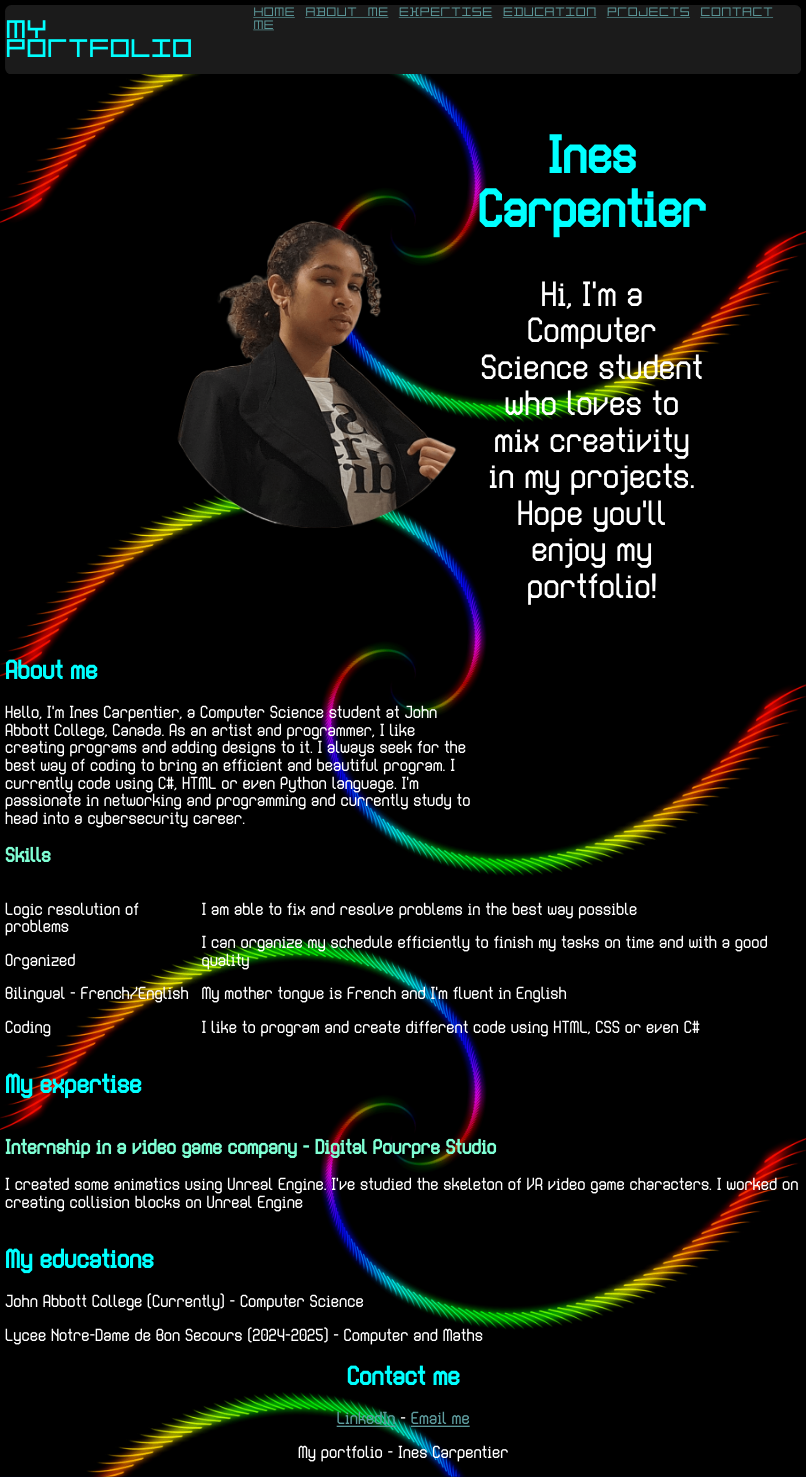
Repository: InsCarp/InsCarp
Page: index.html
The author's editor kept a copy of each file at every save. The page is drawn from the files as they stood at one save, then again after the next save.
The browser window is 1280 px wide. The pictures show the whole page, at 63% of full size.
Backgrounds fixed to the window are drawn as part of the page.

Above is the page before, as saved 2026-05-12 09:25:25.

### index.html
<!DOCTYPE html>
<html lang="en">
<head>
    <meta charset="UTF-8">
    <meta name="viewport" content="width=device-width, initial-scale=1.0">
    <link rel="icon" href="/assets/images/Logo.svg" type="image/svg" />
    <link rel="stylesheet" href="/styles/globals.css" type="text/css"/>
    <link rel="stylesheet" href="/styles/index.css" type="text/css"/>

    <title>Portfolio - Ines Carpentier</title>
</head>
<header>
    <article>
     <h1 id="Title">My portfolio</h1>
    </article>
    <article>
        <nav>
        <a href="index.html">Home</a>
        <a href="#About">About me</a>
        <a href="#Expertise">Expertise</a>
        <a href="#Education">Education</a>
        <a href="project.html">Projects</a> <!--Put my project page here-->
        <a href="#Contact">Contact me</a>
        </nav>
    </article>

</header>
<body>
    <div class="Intro">
        <article>
            <img
               src="/assets/images/me.png" id="Me" alt="My image"/>
        </article>
        <article id="intro">
            <h2>Ines Carpentier</h2>
            <p>Hi, I'm a Computer Science student who loves to mix creativity in my projects.
                Hope you'll enjoy my portfolio!</p>
        </article>
    </div>

        <h2 id="About">About me</h2>
        <div class="about">
            <p>Hello, I'm Ines Carpentier, a Computer Science student at John Abbott College, Canada. As an artist and programmer, I like creating programs and adding designs to it. I always seek for the
             best way of coding to bring an efficient and beautiful program. I currently code using C#, HTML or even Python language. I'm passionate in networking and programming and currently study to head into a cybersecurity career.
            </p>
        </div>
        <h3>Skills</h3>
        <section class="Skills">
            <article>
            <p>Logic resolution of problems</p>
            <p>Organized</p>
            <p>Bilingual - French/English</p>
            <p>Coding</p>
        </article>
        <article>
            <p>I am able to fix and resolve problems in the best way possible</p>
            <p>I can organize my schedule efficiently to finish my tasks on time and with a good quality</p>
            <p>My mother tongue is French and I'm fluent in English</p>
            <P>I like to program and create different code using HTML, CSS or even C#</P>
        </article>
        </section>


        <h2 id="Expertise">My expertise</h2>
        <section>
            <article>
            <h3>Internship in a video game company - Digital Pourpre Studio</h3>
            <p>I created some animatics using Unreal Engine. I've studied the skeleton of VR video game characters. I worked on creating collision blocks on Unreal Engine</p>
        </article>
        </section>


        <h2 id="Education">My educations</h2>
        <p>John Abbott College (Currently) - Computer Science
        </p>
        <p>Lycee Notre-Dame de Bon Secours (2024-2025) - Computer and Maths</p>

        <div class="Contact">
         <h2 id="Contact">Contact me</h2>
         <p><a href="https://www.linkedin.com/in/ines-carpentier-690b8b387/" target="blank">LinkedIn</a> - <a href="mailto:carpentierines4@gmail.com">Email me</a></p>
        </div>
</body>
<footer>
    <p>My portfolio - Ines Carpentier</p>
</footer>
</html>

### styles/globals.css
@font-face {
    font-family: Title;
    src: url(/assets/fonts/Y224-2vdae.ttf);
}
@font-face {
    font-family: Portfolio;
    src: url(/assets/fonts/Eightgon-OGn6p.ttf);
}

html{
    font-size:25px;
}

a {
    color:cadetblue;
}

a:visited{
    color:aquamarine;
}
a:hover{
    color:greenyellow;
}
a:active{
    color:yellow;
}

body{
    background-color:rgb(0, 2, 36);
    color:rgb(255, 255, 255);
    background-image: url(../assets/images/back.gif);
    background-size: cover;
    background-repeat: no-repeat;
    background-attachment: fixed;
    font-family: Portfolio;
}




h1, h2{
    color:aqua;

}

h3{
    color:aquamarine;
}


header {
    position:sticky;
    top:0;
    display: flex;
    flex-direction: row;
    font-family: Title;
    background-color:rgb(27, 27, 27);
    font-size:0.5rem;


}
nav{
    display:none;
}

footer{
    text-align: center;
}

@media only screen and (min-width: 800px){
    header {
    justify-content: space-between;
    border-radius: 10px;
    font-size:0.8rem;

}
nav{
    text-align:right;
    display:initial;
    font-size:0.4rem;
    margin-top:8%;


}
}

@media only screen and (min-width: 1200px){
    header {
    display: flex;
    flex-direction: row;
    font-family: Title;
    justify-content: space-between;



}
nav{
    text-align:right;
    display:initial;
    font-size:0.6rem;
    margin-top:2%;



}
}

### styles/index.css
.Intro{
    margin-top: 1rem;
    display:flex;
    flex-direction: column;
    align-items: center;
}

#intro{

    text-align: center;
    font-size:2rem;

}

#Me{
    margin-top: 1rem;
    width:15rem;
}


section{
    display: flex;
    flex-direction:row;
    justify-content: space-between;
}

.Contact{
    text-align: center;
}

@media only screen and (min-width: 800px){
    .Intro{
    margin-top: 1rem;
    display:flex;
    flex-direction: row;
    justify-content: space-between;
}

#intro{

    text-align: center;
    font-size:2rem;
    width: 20rem;
    margin-right: 10rem;
}

#Me{
    margin-left:10rem;
    width:20rem;
}

.about{
    width:30rem;
}
}

After the next save:
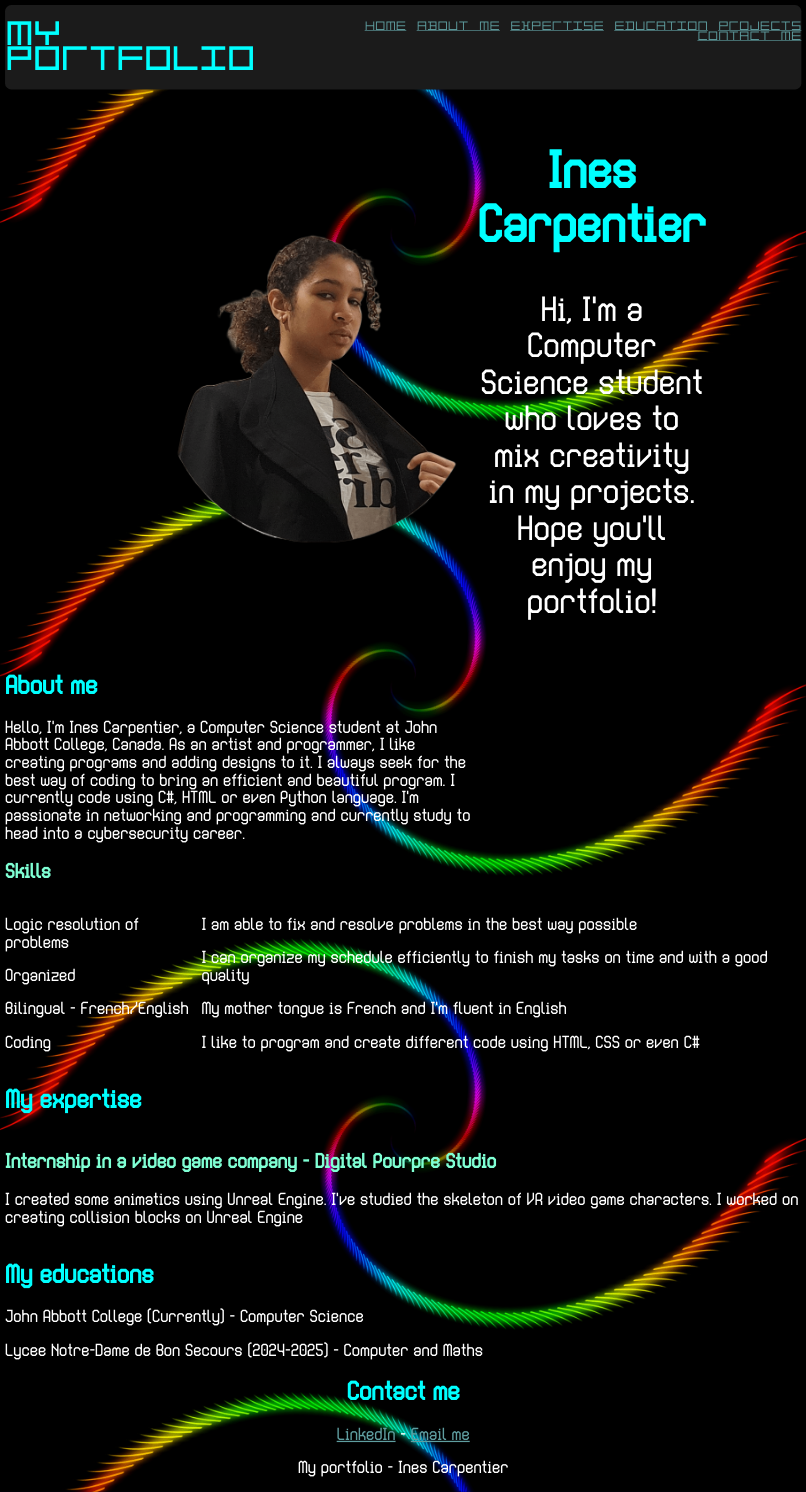
Saved 24 s later.
--- a/index.html
+++ b/index.html
@@ -10,10 +10,9 @@
     <title>Portfolio - Ines Carpentier</title>
 </head>
 <header>
-    <article>
+
      <h1 id="Title">My portfolio</h1>
-    </article>
-    <article>
+
         <nav>
         <a href="index.html">Home</a>
         <a href="#About">About me</a>
@@ -22,7 +21,7 @@
         <a href="project.html">Projects</a> <!--Put my project page here-->
         <a href="#Contact">Contact me</a>
         </nav>
-    </article>
+
 
 </header>
 <body>
